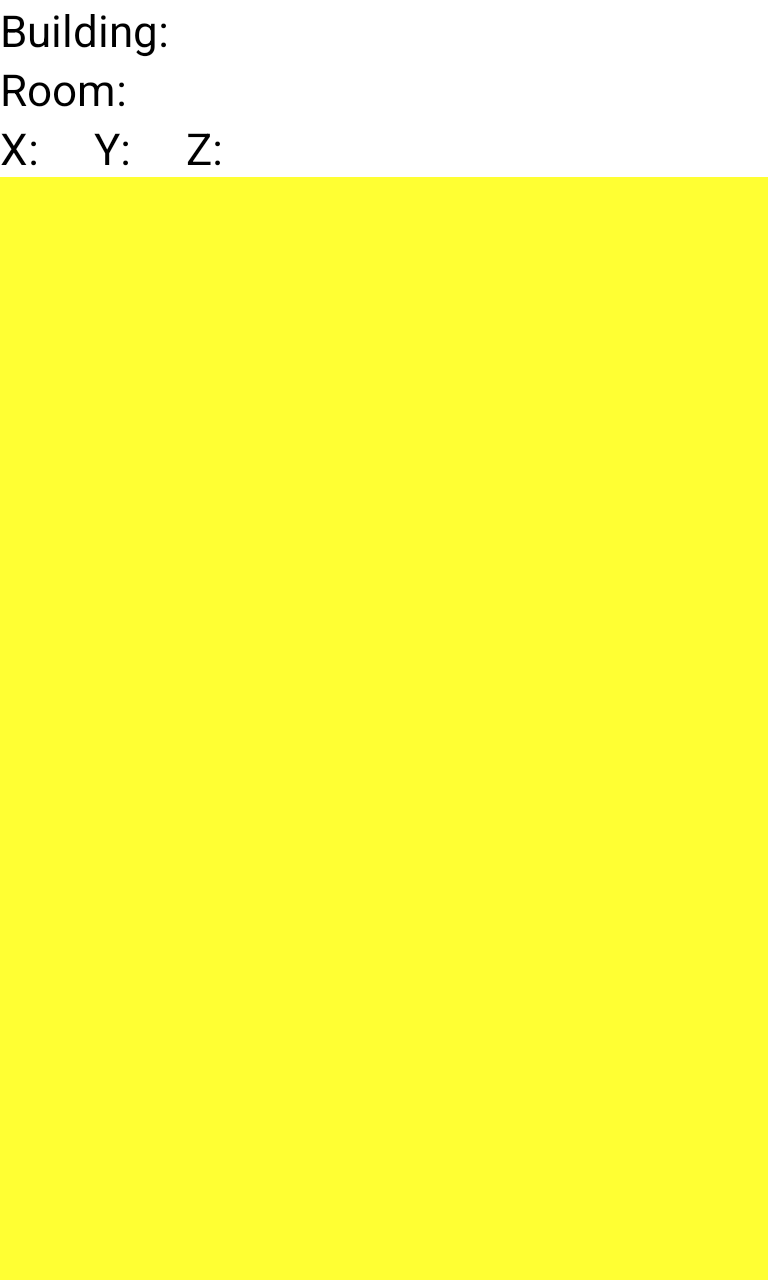
Repository: RenchuSong/tMap_Android
Layout: tmap_model_tool/res/layout/locating.xml
The author's editor kept a copy of each file at every save. The layout is drawn from the files as they stood at one save, then again after the next save.
It is drawn on a 768 x 1280 px phone screen (xhdpi) without system bars, with theme AppTheme; the app's code is not run.

Above is the layout before, as saved 2014-05-11 22:30:41.

### tmap_model_tool/res/layout/locating.xml
<?xml version="1.0" encoding="utf-8"?>
<LinearLayout xmlns:android="http://schemas.android.com/apk/res/android"
    android:layout_width="match_parent"
    android:layout_height="match_parent"
    android:orientation="vertical" >

    <TextView
        android:id="@+id/building"
        android:layout_width="match_parent"
        android:layout_height="wrap_content"
        android:text="Building:"
        android:textAppearance="?android:attr/textAppearanceLarge" />

    <TextView
        android:id="@+id/room"
        android:layout_width="match_parent"
        android:layout_height="wrap_content"
        android:text="Room:"
        android:textAppearance="?android:attr/textAppearanceLarge" />

    <TextView
        android:id="@+id/location"
        android:layout_width="match_parent"
        android:layout_height="wrap_content"
        android:text="X:     Y:     Z:"
        android:textAppearance="?android:attr/textAppearanceLarge" />

    <RelativeLayout
        android:layout_width="match_parent"
        android:layout_height="match_parent"
        android:background="#ffff33" >
    </RelativeLayout>

</LinearLayout>

Loaded but not shown: tmap_model_tool/res/values/styles.xml (common file); tmap_model_tool/res/values-v11/styles.xml (common file); tmap_model_tool/res/values-v14/styles.xml (common file)

After the next save:
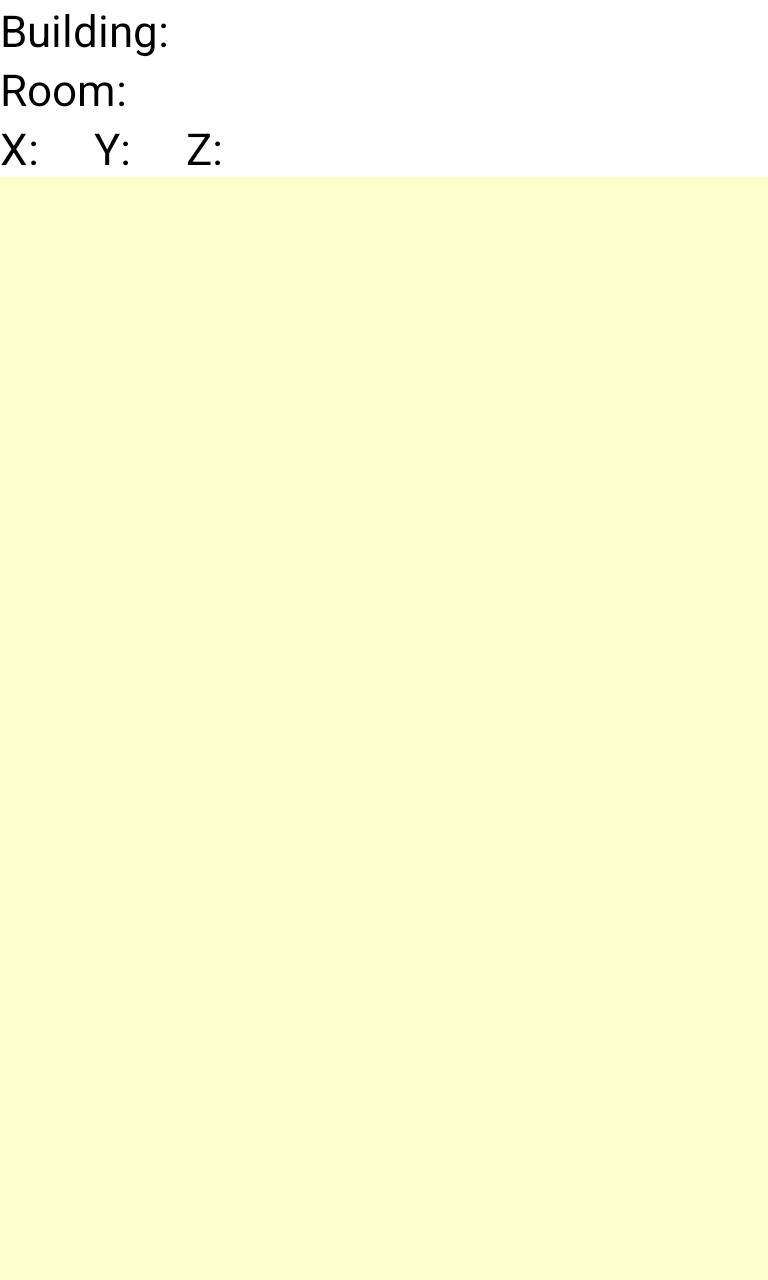
Saved 7 s later.
--- a/tmap_model_tool/res/layout/locating.xml
+++ b/tmap_model_tool/res/layout/locating.xml
@@ -28,7 +28,7 @@
     <RelativeLayout
         android:layout_width="match_parent"
         android:layout_height="match_parent"
-        android:background="#ffff33" >
+        android:background="#ffffcc" >
     </RelativeLayout>
 
 </LinearLayout>
